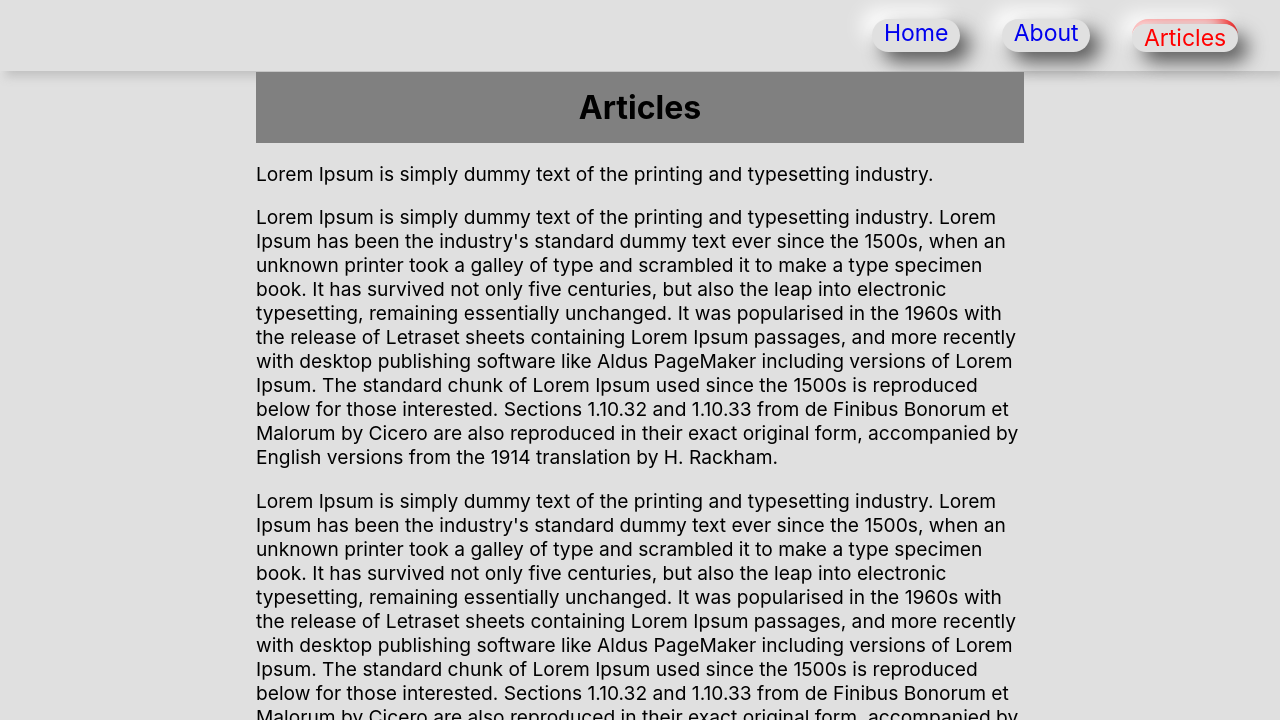
Repository: ShindanoSingi/react-software-architecture-course
Page: /articles
These files come from the project's save history. The page is drawn as it stood at one moment and after the next save; the edit follows.
The browser window is 1280 px wide. The pictures show the whole page.
An inner scrolling area shows only its first screen. The project was rebuilt for these pictures with package versions that can differ from the ones it lists, and the page was loaded fresh each time. Also part of the build but not shown: src/App.css, src/pages/CounterButton.js, src/pages/Home.js, src/pages/About.js.

Above is the page before, as saved 2022-12-26 13:51:20.

### public/index.html
<!DOCTYPE html>
<html lang="en">
  <head>
    <meta charset="utf-8" />
    <link rel="icon" href="%PUBLIC_URL%/favicon.ico" />
    <meta name="viewport" content="width=device-width, initial-scale=1" />
    <meta name="theme-color" content="#000000" />
    <meta
      name="description"
      content="Web site created using create-react-app"
    />
    <link rel="apple-touch-icon" href="%PUBLIC_URL%/logo192.png" />
    <!--
      manifest.json provides metadata used when your web app is installed on a
      user's mobile device or desktop. See https://developers.google.com/web/fundamentals/web-app-manifest/
    -->
    <link rel="manifest" href="%PUBLIC_URL%/manifest.json" />
    <!--
      Notice the use of %PUBLIC_URL% in the tags above.
      It will be replaced with the URL of the `public` folder during the build.
      Only files inside the `public` folder can be referenced from the HTML.

      Unlike "/favicon.ico" or "favicon.ico", "%PUBLIC_URL%/favicon.ico" will
      work correctly both with client-side routing and a non-root public URL.
      Learn how to configure a non-root public URL by running `npm run build`.
    -->
    <!-- {{ styles }} -->
    <title>React App</title>
  </head>
  <body>
    <noscript>You need to enable JavaScript to run this app.</noscript>
    <div id="root"></div>
    <!--
      This HTML file is a template.
      If you open it directly in the browser, you will see an empty page.

      You can add webfonts, meta tags, or analytics to this file.
      The build step will place the bundled scripts into the <body> tag.

      To begin the development, run `npm start` or `yarn start`.
      To create a production bundle, use `npm run build` or `yarn build`.
    -->
  </body>
</html>

### src/index.css
body {
  margin: 0;
  font-family: -apple-system, BlinkMacSystemFont, 'Segoe UI', 'Roboto', 'Oxygen',
    'Ubuntu', 'Cantarell', 'Fira Sans', 'Droid Sans', 'Helvetica Neue',
    sans-serif;
  -webkit-font-smoothing: antialiased;
  -moz-osx-font-smoothing: grayscale;

  background: #e0e0e0;
  box-shadow: 5px 5px 10px #bebebe,
      -5px -5px 10px #ffffff;
}

.container::-webkit-scrollbar {
  display: none;
}

.p{
  font-size: 1.2em;
}

.container {
  -ms-overflow-style: none;
  scrollbar-width: none;
}

code {
  font-family: source-code-pro, Menlo, Monaco, Consolas, 'Courier New',
    monospace;
}

h1 {
  text-align: center;
  margin: 0rem;
  padding: 0.5em;
}

.is-active {
  color: red;
  border-top: 5px solid red;
  border-radius: 205px;
}

.home,
.about,
.articles {
  border-radius: 205px;
  background: #e0e0e0;
  box-shadow: 10px 10px 19px #5a5a5a,
      -10px -10px 19px #ffffff;
  padding: 0 0.5em;
}

.list-container,
a {
  font-size: 1.2em;
  list-style: none;
  text-decoration: none;
  display: flex;
  justify-content: flex-end;
  gap: 1em;
  margin-right: 1em;
}

.nav-bar {
  position: fixed;
  width: 100%;
  top: 0;
  background: #e0e0e0;
  box-shadow: 5px 5px 10px #bebebe,
      -5px -5px 10px #ffffff;
}

.div-container {
  color: black;
}

.counter-button-contianer{
  display: grid;
  justify-content: center;
}

.container {
  position: fixed;
  top: 4.5em;
  width: 60%;
  margin: 0 20%;
  max-height: 90%;
  overflow-y: scroll;

}

### src/pages/Articles.js
import React from 'react'
import styled from 'styled-components'

const Heading = styled.h1`
	background: grey;
`

const p = styled.p`
	font-size: 1.2em;
`

function Articles() {
  return (
    <div className="container">
	<Heading>Articles</Heading>

      <div className="div-container">
        <p className='p'>
          Lorem Ipsum is simply dummy text of the printing and typesetting
          industry.{' '}
        </p>
        <p className='p'>
          Lorem Ipsum is simply dummy text of the printing and typesetting
          industry. Lorem Ipsum has been the industry's standard dummy text ever
          since the 1500s, when an unknown printer took a galley of type and
          scrambled it to make a type specimen book. It has survived not only
          five centuries, but also the leap into electronic typesetting,
          remaining essentially unchanged. It was popularised in the 1960s with
          the release of Letraset sheets containing Lorem Ipsum passages, and
          more recently with desktop publishing software like Aldus PageMaker
          including versions of Lorem Ipsum. The standard chunk of Lorem Ipsum
          used since the 1500s is reproduced below for those interested.
          Sections 1.10.32 and 1.10.33 from de Finibus Bonorum et Malorum by
          Cicero are also reproduced in their exact original form, accompanied
          by English versions from the 1914 translation by H. Rackham.{' '}
        </p>
		<p className='p'>
          Lorem Ipsum is simply dummy text of the printing and typesetting
          industry. Lorem Ipsum has been the industry's standard dummy text ever
          since the 1500s, when an unknown printer took a galley of type and
          scrambled it to make a type specimen book. It has survived not only
          five centuries, but also the leap into electronic typesetting,
          remaining essentially unchanged. It was popularised in the 1960s with
          the release of Letraset sheets containing Lorem Ipsum passages, and
          more recently with desktop publishing software like Aldus PageMaker
          including versions of Lorem Ipsum. The standard chunk of Lorem Ipsum
          used since the 1500s is reproduced below for those interested.
          Sections 1.10.32 and 1.10.33 from de Finibus Bonorum et Malorum by
          Cicero are also reproduced in their exact original form, accompanied
          by English versions from the 1914 translation by H. Rackham.{' '}
        </p>
		<p className='p'>
          Lorem Ipsum is simply dummy text of the printing and typesetting
          industry. Lorem Ipsum has been the industry's standard dummy text ever
          since the 1500s, when an unknown printer took a galley of type and
          scrambled it to make a type specimen book. It has survived not only
          five centuries, but also the leap into electronic typesetting,
          remaining essentially unchanged. It was popularised in the 1960s with
          the release of Letraset sheets containing Lorem Ipsum passages, and
          more recently with desktop publishing software like Aldus PageMaker
          including versions of Lorem Ipsum. The standard chunk of Lorem Ipsum
          used since the 1500s is reproduced below for those interested.
          Sections 1.10.32 and 1.10.33 from de Finibus Bonorum et Malorum by
          Cicero are also reproduced in their exact original form, accompanied
          by English versions from the 1914 translation by H. Rackham.{' '}
        </p>
		<p className='p'>
          Lorem Ipsum is simply dummy text of the printing and typesetting
          industry. Lorem Ipsum has been the industry's standard dummy text ever
          since the 1500s, when an unknown printer took a galley of type and
          scrambled it to make a type specimen book. It has survived not only
          five centuries, but also the leap into electronic typesetting,
          remaining essentially unchanged. It was popularised in the 1960s with
          the release of Letraset sheets containing Lorem Ipsum passages, and
          more recently with desktop publishing software like Aldus PageMaker
          including versions of Lorem Ipsum. The standard chunk of Lorem Ipsum
          used since the 1500s is reproduced below for those interested.
          Sections 1.10.32 and 1.10.33 from de Finibus Bonorum et Malorum by
          Cicero are also reproduced in their exact original form, accompanied
          by English versions from the 1914 translation by H. Rackham.{' '}
        </p>
		<p className='p'>
          Lorem Ipsum is simply dummy text of the printing and typesetting
          industry. Lorem Ipsum has been the industry's standard dummy text ever
          since the 1500s, when an unknown printer took a galley of type and
          scrambled it to make a type specimen book. It has survived not only
          five centuries, but also the leap into electronic typesetting,
          remaining essentially unchanged. It was popularised in the 1960s with
          the release of Letraset sheets containing Lorem Ipsum passages, and
          more recently with desktop publishing software like Aldus PageMaker
          including versions of Lorem Ipsum. The standard chunk of Lorem Ipsum
          used since the 1500s is reproduced below for those interested.
          Sections 1.10.32 and 1.10.33 from de Finibus Bonorum et Malorum by
          Cicero are also reproduced in their exact original form, accompanied
          by English versions from the 1914 translation by H. Rackham.{' '}
        </p>
		<p className='p'>
          Lorem Ipsum is simply dummy text of the printing and typesetting
          industry. Lorem Ipsum has been the industry's standard dummy text ever
          since the 1500s, when an unknown printer took a galley of type and
          scrambled it to make a type specimen book. It has survived not only
          five centuries, but also the leap into electronic typesetting,
          remaining essentially unchanged. It was popularised in the 1960s with
          the release of Letraset sheets containing Lorem Ipsum passages, and
          more recently with desktop publishing software like Aldus PageMaker
          including versions of Lorem Ipsum. The standard chunk of Lorem Ipsum
          used since the 1500s is reproduced below for those interested.
          Sections 1.10.32 and 1.10.33 from de Finibus Bonorum et Malorum by
          Cicero are also reproduced in their exact original form, accompanied
          by English versions from the 1914 translation by H. Rackham.{' '}
        </p>
		<p className='p'>
          Lorem Ipsum is simply dummy text of the printing and typesetting
          industry. Lorem Ipsum has been the industry's standard dummy text ever
          since the 1500s, when an unknown printer took a galley of type and
          scrambled it to make a type specimen book. It has survived not only
          five centuries, but also the leap into electronic typesetting,
          remaining essentially unchanged. It was popularised in the 1960s with
          the release of Letraset sheets containing Lorem Ipsum passages, and
          more recently with desktop publishing software like Aldus PageMaker
          including versions of Lorem Ipsum. The standard chunk of Lorem Ipsum
          used since the 1500s is reproduced below for those interested.
          Sections 1.10.32 and 1.10.33 from de Finibus Bonorum et Malorum by
          Cicero are also reproduced in their exact original form, accompanied
          by English versions from the 1914 translation by H. Rackham.{' '}
        </p>
		<p className='p'>
          Lorem Ipsum is simply dummy text of the printing and typesetting
          industry. Lorem Ipsum has been the industry's standard dummy text ever
          since the 1500s, when an unknown printer took a galley of type and
          scrambled it to make a type specimen book. It has survived not only
          five centuries, but also the leap into electronic typesetting,
          remaining essentially unchanged. It was popularised in the 1960s with
          the release of Letraset sheets containing Lorem Ipsum passages, and
          more recently with desktop publishing software like Aldus PageMaker
          including versions of Lorem Ipsum. The standard chunk of Lorem Ipsum
          used since the 1500s is reproduced below for those interested.
          Sections 1.10.32 and 1.10.33 from de Finibus Bonorum et Malorum by
          Cicero are also reproduced in their exact original form, accompanied
          by English versions from the 1914 translation by H. Rackham.{' '}
        </p>
		<p className='p'>
          Lorem Ipsum is simply dummy text of the printing and typesetting
          industry. Lorem Ipsum has been the industry's standard dummy text ever
          since the 1500s, when an unknown printer took a galley of type and
          scrambled it to make a type specimen book. It has survived not only
          five centuries, but also the leap into electronic typesetting,
          remaining essentially unchanged. It was popularised in the 1960s with
          the release of Letraset sheets containing Lorem Ipsum passages, and
          more recently with desktop publishing software like Aldus PageMaker
          including versions of Lorem Ipsum. The standard chunk of Lorem Ipsum
          used since the 1500s is reproduced below for those interested.
          Sections 1.10.32 and 1.10.33 from de Finibus Bonorum et Malorum by
          Cicero are also reproduced in their exact original form, accompanied
          by English versions from the 1914 translation by H. Rackham.{' '}
        </p>
		<p className='p'>
          Lorem Ipsum is simply dummy text of the printing and typesetting
          industry. Lorem Ipsum has been the industry's standard dummy text ever
          since the 1500s, when an unknown printer took a galley of type and
          scrambled it to make a type specimen book. It has survived not only
          five centuries, but also the leap into electronic typesetting,
          remaining essentially unchanged. It was popularised in the 1960s with
          the release of Letraset sheets containing Lorem Ipsum passages, and
          more recently with desktop publishing software like Aldus PageMaker
          including versions of Lorem Ipsum. The standard chunk of Lorem Ipsum
          used since the 1500s is reproduced below for those interested.
          Sections 1.10.32 and 1.10.33 from de Finibus Bonorum et Malorum by
          Cicero are also reproduced in their exact original form, accompanied
          by English versions from the 1914 translation by H. Rackham.{' '}
        </p>
		<p className='p'>
          Lorem Ipsum is simply dummy text of the printing and typesetting
          industry. Lorem Ipsum has been the industry's standard dummy text ever
          since the 1500s, when an unknown printer took a galley of type and
          scrambled it to make a type specimen book. It has survived not only
          five centuries, but also the leap into electronic typesetting,
          remaining essentially unchanged. It was popularised in the 1960s with
          the release of Letraset sheets containing Lorem Ipsum passages, and
          more recently with desktop publishing software like Aldus PageMaker
          including versions of Lorem Ipsum. The standard chunk of Lorem Ipsum
          used since the 1500s is reproduced below for those interested.
          Sections 1.10.32 and 1.10.33 from de Finibus Bonorum et Malorum by
          Cicero are also reproduced in their exact original form, accompanied
          by English versions from the 1914 translation by H. Rackham.{' '}
        </p>
		<p className='p'>
          Lorem Ipsum is simply dummy text of the printing and typesetting
          industry. Lorem Ipsum has been the industry's standard dummy text ever
          since the 1500s, when an unknown printer took a galley of type and
          scrambled it to make a type specimen book. It has survived not only
          five centuries, but also the leap into electronic typesetting,
          remaining essentially unchanged. It was popularised in the 1960s with
          the release of Letraset sheets containing Lorem Ipsum passages, and
          more recently with desktop publishing software like Aldus PageMaker
          including versions of Lorem Ipsum. The standard chunk of Lorem Ipsum
          used since the 1500s is reproduced below for those interested.
          Sections 1.10.32 and 1.10.33 from de Finibus Bonorum et Malorum by
          Cicero are also reproduced in their exact original form, accompanied
          by English versions from the 1914 translation by H. Rackham.{' '}
        </p>
		<p className='p'>
          Lorem Ipsum is simply dummy text of the printing and typesetting
          industry. Lorem Ipsum has been the industry's standard dummy text ever
          since the 1500s, when an unknown printer took a galley of type and
          scrambled it to make a type specimen book. It has survived not only
          five centuries, but also the leap into electronic typesetting,
          remaining essentially unchanged. It was popularised in the 1960s with
          the release of Letraset sheets containing Lorem Ipsum passages, and
          more recently with desktop publishing software like Aldus PageMaker
          including versions of Lorem Ipsum. The standard chunk of Lorem Ipsum
          used since the 1500s is reproduced below for those interested.
          Sections 1.10.32 and 1.10.33 from de Finibus Bonorum et Malorum by
          Cicero are also reproduced in their exact original form, accompanied
          by English versions from the 1914 translation by H. Rackham.{' '}
        </p>
		<p className='p'>
          Lorem Ipsum is simply dummy text of the printing and typesetting
          industry. Lorem Ipsum has been the industry's standard dummy text ever
          since the 1500s, when an unknown printer took a galley of type and
          scrambled it to make a type specimen book. It has survived not only
          five centuries, but also the leap into electronic typesetting,
          remaining essentially unchanged. It was popularised in the 1960s with
          the release of Letraset sheets containing Lorem Ipsum passages, and
          more recently with desktop publishing software like Aldus PageMaker
          including versions of Lorem Ipsum. The standard chunk of Lorem Ipsum
          used since the 1500s is reproduced below for those interested.
          Sections 1.10.32 and 1.10.33 from de Finibus Bonorum et Malorum by
          Cicero are also reproduced in their exact original form, accompanied
          by English versions from the 1914 translation by H. Rackham.{' '}
        </p>
		<p className='p'>
          Lorem Ipsum is simply dummy text of the printing and typesetting
          industry. Lorem Ipsum has been the industry's standard dummy text ever
          since the 1500s, when an unknown printer took a galley of type and
          scrambled it to make a type specimen book. It has survived not only
          five centuries, but also the leap into electronic typesetting,
          remaining essentially unchanged. It was popularised in the 1960s with
          the release of Letraset sheets containing Lorem Ipsum passages, and
          more recently with desktop publishing software like Aldus PageMaker
          including versions of Lorem Ipsum. The standard chunk of Lorem Ipsum
          used since the 1500s is reproduced below for those interested.
          Sections 1.10.32 and 1.10.33 from de Finibus Bonorum et Malorum by
          Cicero are also reproduced in their exact original form, accompanied
          by English versions from the 1914 translation by H. Rackham.{' '}
        </p>
		<p className='p'>
          Lorem Ipsum is simply dummy text of the printing and typesetting
          industry. Lorem Ipsum has been the industry's standard dummy text ever
          since the 1500s, when an unknown printer took a galley of type and
          scrambled it to make a type specimen book. It has survived not only
          five centuries, but also the leap into electronic typesetting,
          remaining essentially unchanged. It was popularised in the 1960s with
          the release of Letraset sheets containing Lorem Ipsum passages, and
          more recently with desktop publishing software like Aldus PageMaker
          including versions of Lorem Ipsum. The standard chunk of Lorem Ipsum
          used since the 1500s is reproduced below for those interested.
          Sections 1.10.32 and 1.10.33 from de Finibus Bonorum et Malorum by
          Cicero are also reproduced in their exact original form, accompanied
          by English versions from the 1914 translation by H. Rackham.{' '}
        </p>
		<p className='p'>
          Lorem Ipsum is simply dummy text of the printing and typesetting
          industry. Lorem Ipsum has been the industry's standard dummy text ever
          since the 1500s, when an unknown printer took a galley of type and
          scrambled it to make a type specimen book. It has survived not only
          five centuries, but also the leap into electronic typesetting,
          remaining essentially unchanged. It was popularised in the 1960s with
          the release of Letraset sheets containing Lorem Ipsum passages, and
          more recently with desktop publishing software like Aldus PageMaker
          including versions of Lorem Ipsum. The standard chunk of Lorem Ipsum
          used since the 1500s is reproduced below for those interested.
          Sections 1.10.32 and 1.10.33 from de Finibus Bonorum et Malorum by
          Cicero are also reproduced in their exact original form, accompanied
          by English versions from the 1914 translation by H. Rackham.{' '}
        </p>

      </div>
    </div>
  )
}

export default Articles

Loaded but not shown: src/reportWebVitals.js (common file); src/App.js (39 lines, source omitted); src/index.js (20 lines, source omitted)

After the next save:
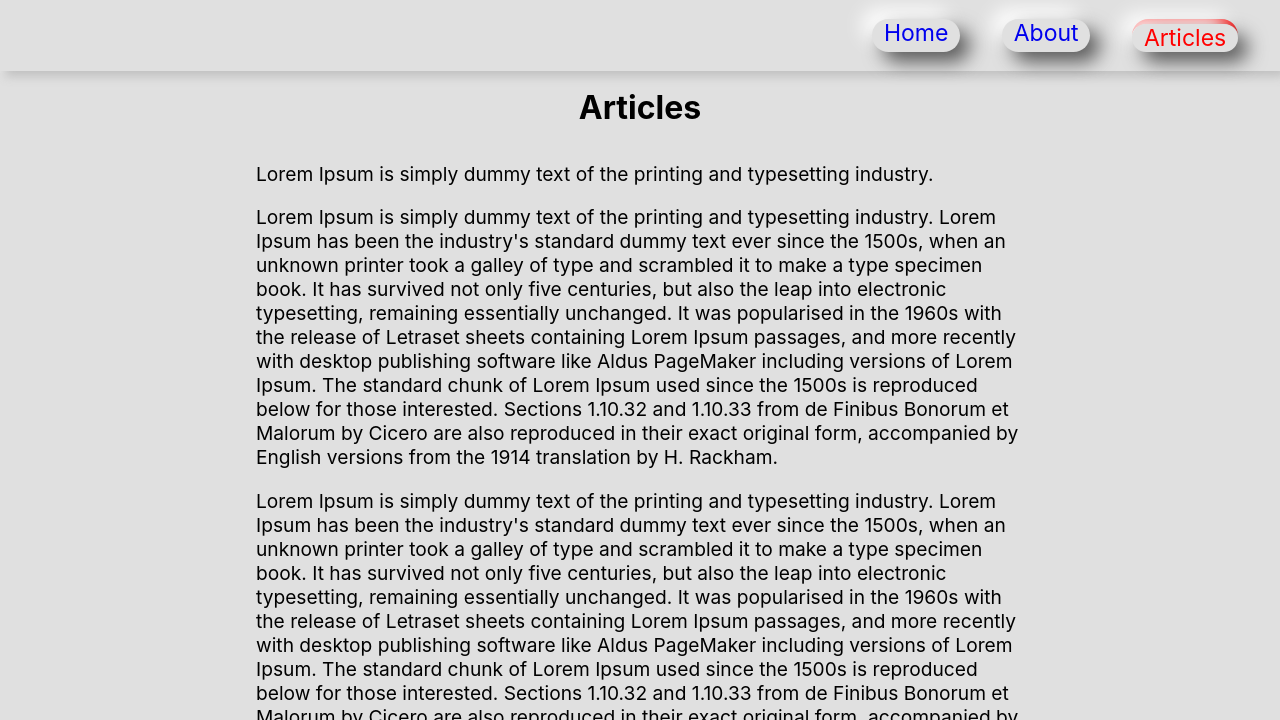
Saved 104 s later.
--- a/src/pages/Articles.js
+++ b/src/pages/Articles.js
@@ -1,18 +1,9 @@
 import React from 'react'
-import styled from 'styled-components'
-
-const Heading = styled.h1`
-	background: grey;
-`
-
-const p = styled.p`
-	font-size: 1.2em;
-`
 
 function Articles() {
   return (
     <div className="container">
-	<Heading>Articles</Heading>
+	<h1>Articles</h1>
 
       <div className="div-container">
         <p className='p'>

After the save that followed:
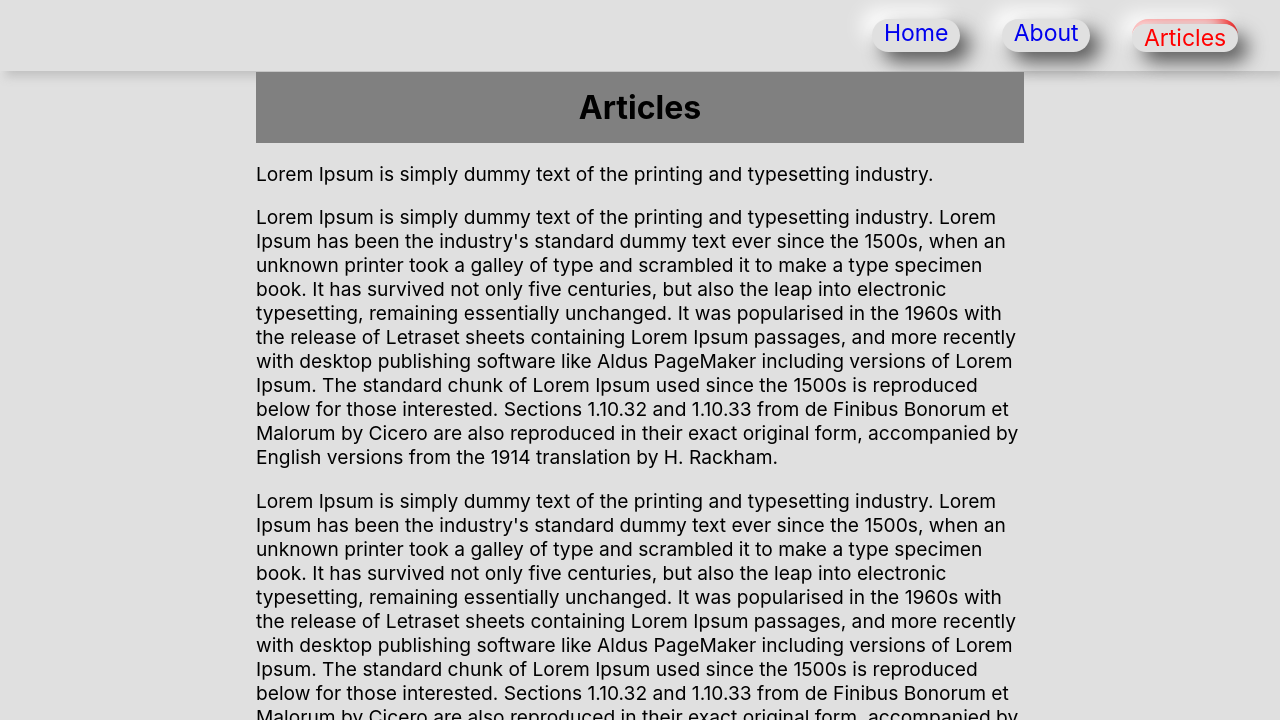
Saved 27 s later.
--- a/src/index.css
+++ b/src/index.css
@@ -62,6 +62,10 @@ a {
   margin-right: 1em;
 }
 
+h1{
+  background:grey;
+}
+
 .nav-bar {
   position: fixed;
   width: 100%;
